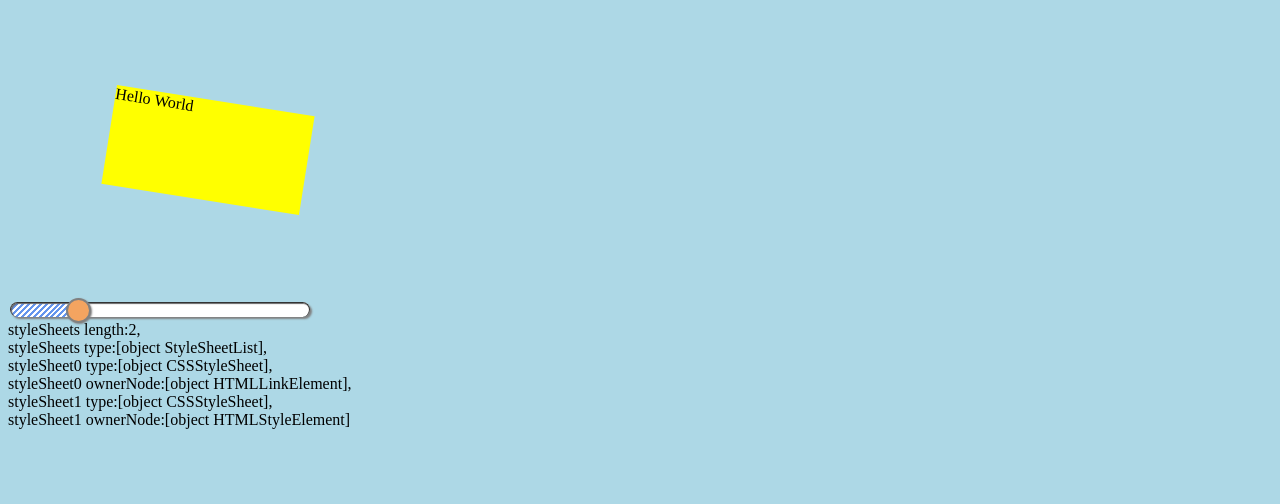
Repository: Jhin7782/HBuilder-Projects
Page: 【CSS】/动画/2d/transform/get-styleSheet.cssRules[i].style.html
An editor plug-in stored every save of this project. The page is shown before and after the next save, followed by the edit.
The browser window is 1280 px wide. The pictures show the whole page.

Above is the page before, as saved 2017-06-13 14:55:44.

### 【CSS】/动画/2d/transform/get-styleSheet.cssRules[i].style.html
<!DOCTYPE html>
<html>
	<!--
		https://segmentfault.com/a/1190000004355197?_ea=580742
	-->
	<head>
		<meta charset="UTF-8" />
		<title></title>
		<link rel="stylesheet" type="text/css" href="css/input-range.css" />
		<style>
			div {
				margin: 100px;
				width: 200px;
				height: 100px;
				background-color: yellow;
				/* Rotate div */
				transform: rotate(9deg);
				-ms-transform: rotate(9deg);
				-moz-transform: rotate(9deg);
				-webkit-transform: rotate(9deg);
				-o-transform: rotate(9deg);
			}
		</style>
	</head>

	<body>

		<div>Hello World</div>
		<input type="range" id="rotateBox-slider" value="20" min="0" max="100" step="1" />

		<script type="text/javascript">
			var rotateBoxSlider = document.getElementById("rotateBox-slider");

			var styleSheets = document.styleSheets;
			var styleSheet0 = styleSheets[0];
			var styleSheet1 = styleSheets[1];
			//var styleSheet0 = document.getElementsByTagName('link')[0].sheet;
			//var styleSheet1 = document.getElementsByTagName('style')[0].sheet;
			document.writeln(
				" <br />styleSheets length:" + styleSheets.length +
				",<br />styleSheets type:" + styleSheets +
				",<br />styleSheet0 type:" + styleSheets[0] +
				",<br />styleSheet0 ownerNode:" + styleSheets[0].ownerNode +
				",<br />styleSheet1 type:" + styleSheets[1] +
				",<br />styleSheet1 ownerNode:" + styleSheets[1].ownerNode
			);

			rotateBoxSlider.oninput = function() {
				console.log(this.value)
				var cssRule = "input[type=range]::-webkit-slider-runnable-track {background-size: " + this.value + "% 100%;}"
//				styleSheets[1].insertRule(cssRule, 0);
				styleSheets[1].insertRule(".red {color: red;}", 0);
			}
		</script>
	</body>

</html>

### 【CSS】/动画/2d/transform/css/input-range.css
body {
	background: lightblue;
}

input[type=range]:focus {
	-webkit-tap-highlight-color: none;
	border: none;
	outline: none;
}

input[type=range] {
	-webkit-appearance: none;
	width: 300px;
	height: 15px;
	background: white;
	/*border: 1px solid #333;*/
	-webkit-border-radius: 25px;
	border-radius: 25px;
}

input[type=range]::-webkit-slider-thumb {
	-webkit-appearance: none;
	width: 25px;
	height: 25px;
	margin-top: -5px;
	background: sandybrown;
	border: 2px solid gray;
	-webkit-border-radius: 25px;
	border-radius: 25px;
	-webkit-box-shadow: 1px 1px 2px gray;
	box-shadow: 1px 1px 2px gray;
}

input[type=range]::-webkit-slider-runnable-track {
	height: 15px;
	background: repeating-linear-gradient(135deg, cornflowerblue, cornflowerblue 4%, white 0%, white 8%) no-repeat;
	background-size: 20% 100%;
	border: 1px solid #333;
	border-bottom: none;
	-webkit-border-radius: 25px;
	border-radius: 25px;
	-webkit-box-shadow: 2px 2px 2px gray, 1px 1px 1px #666 inset;
	box-shadow: 2px 2px 2px gray, 1px 1px 1px #666 inset;
}

After the next save:
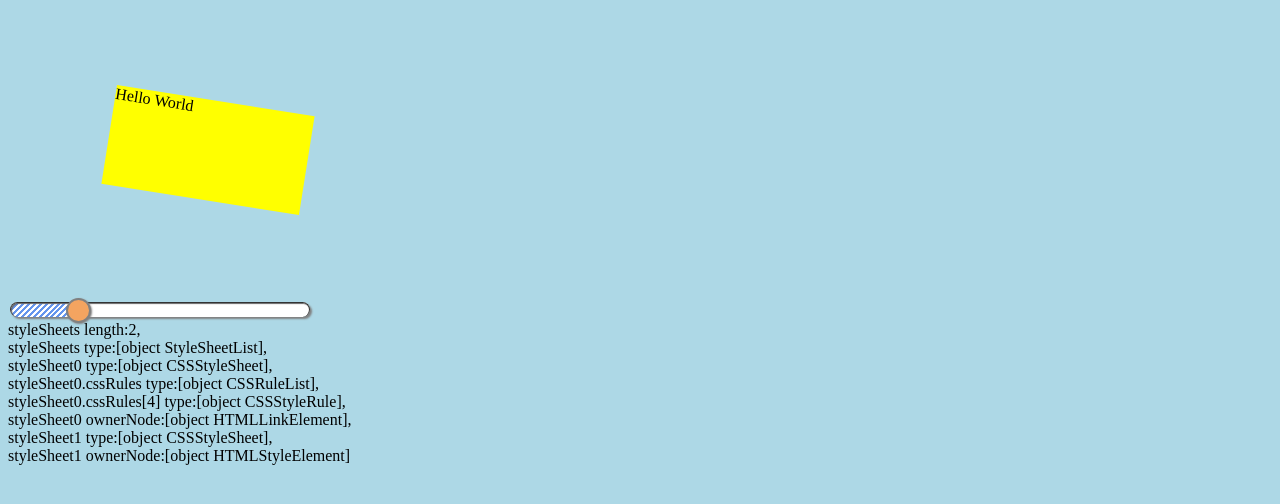
Saved 36 s later.
--- a/【CSS】/动画/2d/transform/get-styleSheet.cssRules[i].style.html
+++ b/【CSS】/动画/2d/transform/get-styleSheet.cssRules[i].style.html
@@ -40,6 +40,8 @@
 				" <br />styleSheets length:" + styleSheets.length +
 				",<br />styleSheets type:" + styleSheets +
 				",<br />styleSheet0 type:" + styleSheets[0] +
+				",<br />styleSheet0.cssRules type:" + styleSheets[0].cssRules +
+				",<br />styleSheet0.cssRules[4] type:" + styleSheets[0].cssRules[4] +
 				",<br />styleSheet0 ownerNode:" + styleSheets[0].ownerNode +
 				",<br />styleSheet1 type:" + styleSheets[1] +
 				",<br />styleSheet1 ownerNode:" + styleSheets[1].ownerNode
